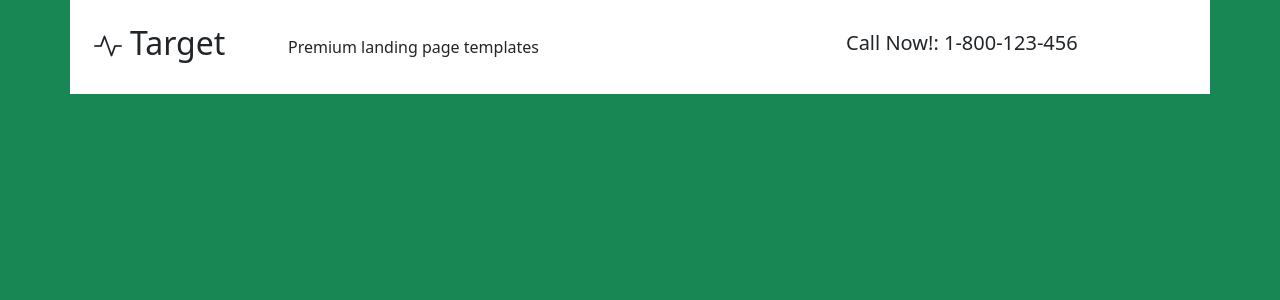
Repository: lyvandat/dh---bootstrap1
Page: index.html
These files come from the project's save history. The page is drawn as it stood at one moment and after the next save; the edit follows.
The browser window is 1280 px wide. The pictures show the whole page.
Some web libraries are served in a nearby version.

Above is the page before, as saved 2022-10-27 15:25:19.

### index.html
<!DOCTYPE html>
<html lang="en">
  <head>
    <!-- Required meta tags -->
    <meta charset="utf-8" />
    <meta name="viewport" content="width=device-width, initial-scale=1" />

    <!-- Bootstrap CSS -->
    <link
      href="https://cdn.jsdelivr.net/npm/bootstrap@5.0.2/dist/css/bootstrap.min.css"
      rel="stylesheet"
      integrity="sha384-EVSTQN3/azprG1Anm3QDgpJLIm9Nao0Yz1ztcQTwFspd3yD65VohhpuuCOmLASjC"
      crossorigin="anonymous"
    />
    <link
      rel="stylesheet"
      href="https://cdn.jsdelivr.net/npm/bootstrap-icons@1.9.1/font/bootstrap-icons.css"
    />
    <title>Hello, world!</title>
  </head>
  <body class="bg-success">
    <div class="container header align-items-center bg-white p-4">
      <div class="row">
        <div class="col-2 d-inline-flex me-2">
          <i class="bi bi-activity fs-3 me-2"></i>
          <h2>Target</h2>
        </div>
        <div class="col-6 d-flex align-items-center">
          <div class="text-gray-100 italic">Premium landing page templates</div>
        </div>
        <div class="col-3 d-flex align-items-center">
          <h3 class="fs-5">Call Now!: 1-800-123-456</h3>
        </div>
      </div>
    </div>

    <!-- Optional JavaScript; choose one of the two! -->

    <!-- Option 1: Bootstrap Bundle with Popper -->
    <script
      src="https://cdn.jsdelivr.net/npm/bootstrap@5.0.2/dist/js/bootstrap.bundle.min.js"
      integrity="sha384-MrcW6ZMFYlzcLA8Nl+NtUVF0sA7MsXsP1UyJoMp4YLEuNSfAP+JcXn/tWtIaxVXM"
      crossorigin="anonymous"
    ></script>
  </body>
</html>

After the next save:
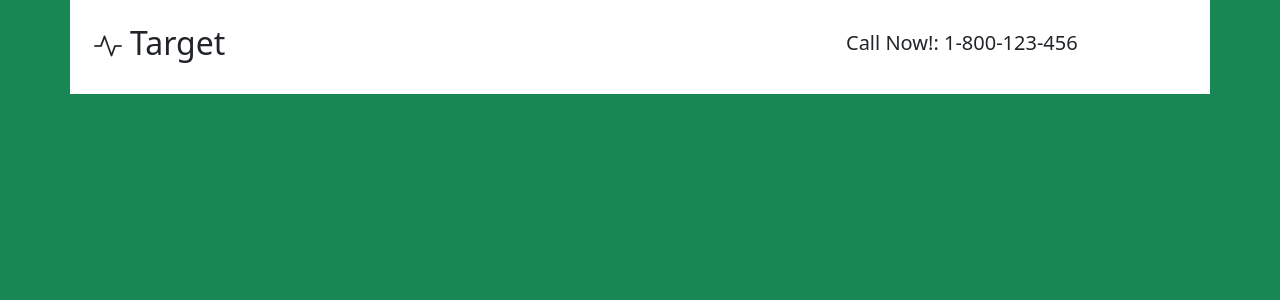
Saved 15 s later.
--- a/index.html
+++ b/index.html
@@ -26,7 +26,7 @@
           <h2>Target</h2>
         </div>
         <div class="col-6 d-flex align-items-center">
-          <div class="text-gray-100 italic">Premium landing page templates</div>
+          <div class="text-white italic">Premium landing page templates</div>
         </div>
         <div class="col-3 d-flex align-items-center">
           <h3 class="fs-5">Call Now!: 1-800-123-456</h3>

After the save that followed:
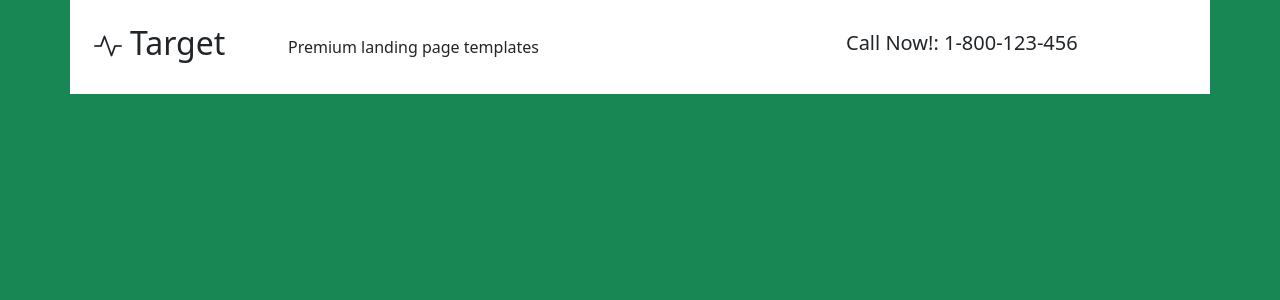
Saved 9 s later.
--- a/index.html
+++ b/index.html
@@ -26,7 +26,7 @@
           <h2>Target</h2>
         </div>
         <div class="col-6 d-flex align-items-center">
-          <div class="text-white italic">Premium landing page templates</div>
+          <div class="text-[#ccc] italic">Premium landing page templates</div>
         </div>
         <div class="col-3 d-flex align-items-center">
           <h3 class="fs-5">Call Now!: 1-800-123-456</h3>
